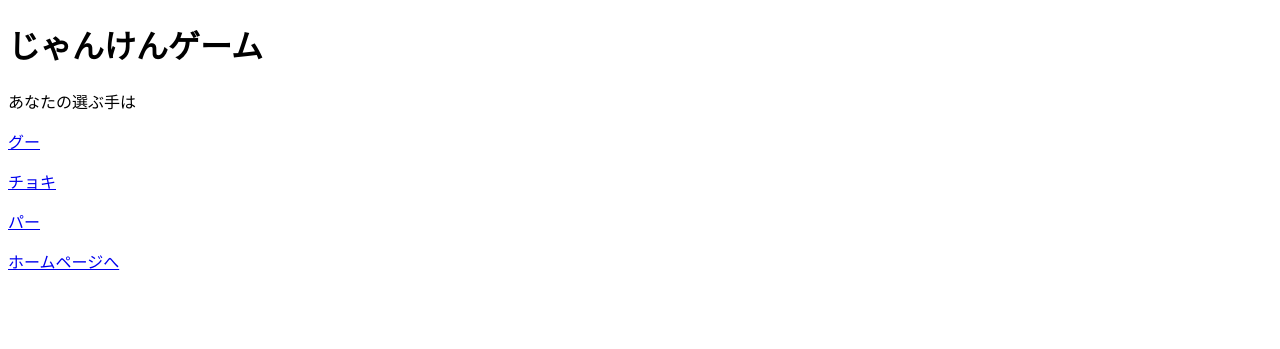
Repository: jh0612/2021_Azure_study
Page: Demoforme/Myproj2/src/main/webapp/Jyanken.html
An editor plug-in stored every save of this project. The page is shown before and after the next save, followed by the edit.
The browser window is 1280 px wide. The pictures show the whole page.

Above is the page before, as saved 2021-12-08 07:18:03.

### Demoforme/Myproj2/src/main/webapp/Jyanken.html
<!DOCTYPE html>
<html lang="ja">
<head>
<meta charset="UTF-8">
<title>じゃんけんゲーム</title>
</head>
<body>
	<h1>じゃんけんゲーム</h1>
	<p>あなたの選ぶ手は
	<p><a href="JyankenServlet?te=グー">グー</a>
	<p><a href="JyankenServlet?te=チョキ">チョキ</a>
	<p><a href="JyankenServlet?te=パー">パー</a>
	<p><a href="index.htm">ホームページへ</a>
</body>
</html>

After the next save:
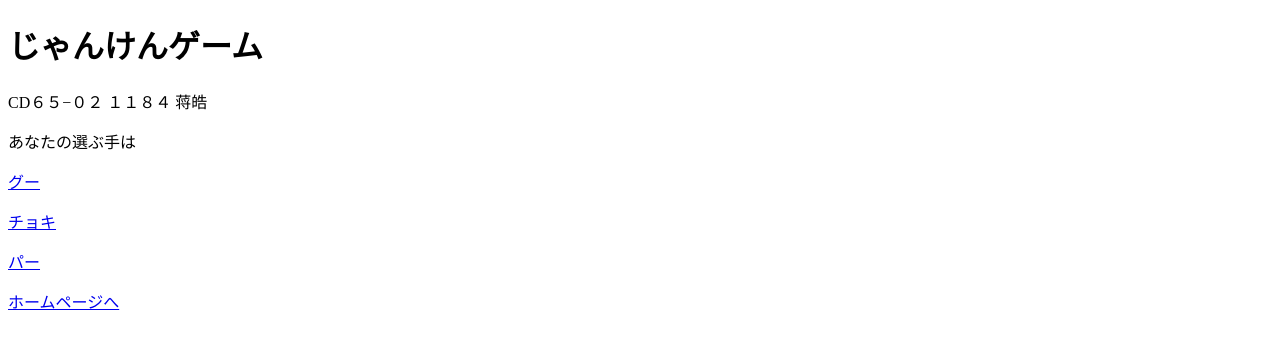
Saved 6 min 15 s later.
--- a/Demoforme/Myproj2/src/main/webapp/Jyanken.html
+++ b/Demoforme/Myproj2/src/main/webapp/Jyanken.html
@@ -6,6 +6,7 @@
 </head>
 <body>
 	<h1>じゃんけんゲーム</h1>
+	<p>CD６５−０２	１１８４ 		蒋皓
 	<p>あなたの選ぶ手は
 	<p><a href="JyankenServlet?te=グー">グー</a>
 	<p><a href="JyankenServlet?te=チョキ">チョキ</a>
